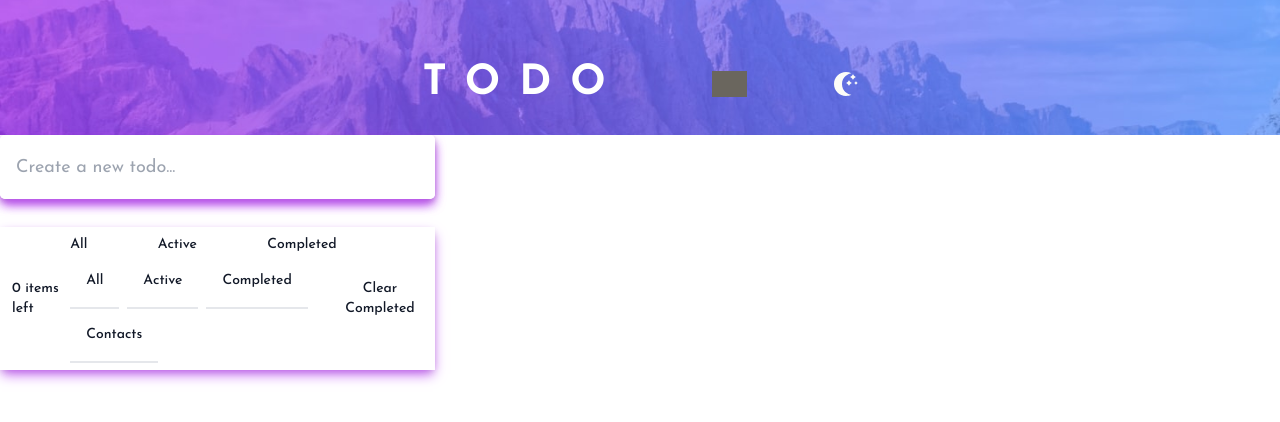
Repository: ikram-lisa/todo-list
Page: /
These files come from the project's save history. The page is drawn as it stood at one moment and after the next save; the edit follows.
The browser window is 1280 px wide. The pictures show the whole page.
Pictures or frames that could not be fetched are drawn as grey boxes. The project was rebuilt for these pictures with package versions that can differ from the ones it lists, and the page was loaded fresh each time. Also part of the build but not shown: vite.config.js.

Above is the page before, as saved 2024-05-15 09:12:11.

### src/main.jsx
import React from "react";
import ReactDOM from "react-dom/client";
import App from "./App.jsx";
import "./css/style.scss";
ReactDOM.createRoot(document.getElementById("root")).render(
  <React.StrictMode>
    <App />
  </React.StrictMode>
);

### src/App.jsx
import Defaultlayout from "./layout/defaultlayout";
import Todolist from "./pages/Todolist";
const App = () => {
  return (
    <>
      <Defaultlayout>
        <Todolist />
      </Defaultlayout>
    </>
  );
};
export default App;

### src/css/style.scss
@use "./base/fonts";
@use "./base/variable" as *;
@use "./base/mixins" as *;
@tailwind base;
@tailwind components;
@tailwind utilities;

body {
  font-size: 18px;
  font-family: "Josefin Sans", sans-serif;
  font-weight: 400;
}

.container-todo {
  width: 100%;
  height: 100vh;
}
.bg-light-theme {
  background-image: url("../assets/images/bg-desktop-light.jpg");
  background-position: center;
  background-size: cover;
  overflow-x: hidden;
  width: 100%;
}

.bg-dark-theme {
  background-image: url("../assets/images/bg-desktop-dark.jpg");
  background-position: center;
  background-size: cover;
  overflow-x: hidden;

  width: 100%;
}
.theme-content {
  width: 34%;
  margin: 53px auto;
  margin-bottom: 20px !important;
  h1 {
    font-weight: 700;
    color: white;
    font-size: 2.6rem;
    letter-spacing: 19px;
  }
  img {
    width: 100%;
    max-width: 35px;
    height: auto;
    display: block;
    cursor: pointer;
    filter: invert(104%) sepia(29%) brightness(99%);
  }
}
.form {
  width: 34%;
  margin: 0 auto;
}
.search {
  box-shadow: hsl(280, 87%, 65%) 0px 6px 12px -2px,
    rgba(0, 0, 0, 0.3) 0px 3px 7px -3px;
}
.input-search {
  outline: none;
}

/* Custom classes for specific page layouts */
.custom-checkbox input[type="checkbox"] {
  @include customCheckbox;
}

.custom-checkbox .checkbox-custom {
  @include checkboxCustom;
}

.custom-checkbox input[type="checkbox"]:checked + .checkbox-custom {
  @include checkedCheckboxCustom;
}

.custom-checkbox input[type="checkbox"]:checked + .checkbox-custom:after {
  @include checkedCheckboxCustomAfter;
}

.checklist-item {
  margin-bottom: 0.5rem;
  padding: 0.5rem;
  border-radius: 5px;
}
.checklist-label-title {
  background-color: red;
}

.checklist-label {
  margin-left: 0.5rem;
}
.result {
  box-shadow: hsl(280, 87%, 65%) 0px 6px 12px -2px,
    rgba(0, 0, 0, 0.3) 0px 3px 7px -3px;
}
.checked {
  text-decoration: line-through;
  opacity: 0.6;
  text-decoration-color: #323233;
  color: $DarkGrayishBlue;
}

### src/layout/defaultlayout.jsx
const defaultlayout = ({ children }) => {
  return (
    <>
      <section>{children}</section>
    </>
  );
};
export default defaultlayout;

### src/pages/Todolist.jsx
import { useState } from "react";
import Light from "../assets/images/light.svg";
import Dark from "../assets/images/dark.svg";
import Form from "../components/Form";
const Todolist = () => {
  const [theme, setTheme] = useState("light");
  const handleToggle = () => {
    setTheme(theme === "light" ? "dark" : "light");
  };
  return (
    <>
      <section
        className={`container-todo relative h-[100vh] ${
          theme === "light" ? "bg-white" : "bg-VeryDarkBlueish"
        }`}
      >
        <div
          className={`theme  ${
            theme === "light" ? "bg-light-theme" : "bg-dark-theme"
          } `}
        >
          <div className="theme-content flex justify-between items-center">
            <h1>TODO</h1>
            <img src="../assets/images/moon.svg" alt="" />
            <button onClick={handleToggle}>
              {theme === "light" ? (
                <img src={Dark} alt="dark mode" />
              ) : (
                <img src={Light} alt="light mode" />
              )}
            </button>
          </div>
        </div>
        <div className="form absolute">
          <Form theme={theme} />
        </div>
      </section>
    </>
  );
};
export default Todolist;

### src/css/base/_fonts.scss
@import url("https://fonts.googleapis.com/css2?family=Josefin+Sans:ital,wght@0,100..700;1,100..700&family=Kumbh+Sans:wght@100..900&family=Montserrat:ital,wght@0,100..900;1,100..900&family=Open+Sans:ital,wght@0,400;0,600;0,700;0,800;1,400;1,700;1,800&family=Poppins:ital,wght@0,200;0,300;0,400;0,500;0,600;0,700;0,800;0,900;1,100;1,200;1,300;1,400;1,500;1,600;1,700;1,800;1,900&display=swap");

### src/css/base/_variable.scss
// ### Light Theme

$VeryLightGray: hsl(0, 0%, 98%);
$VeryLightGrayishBlue: hsl(236, 33%, 92%);
$LightGrayishBlue: hsl(233, 11%, 84%);
$DarkGrayishBlue: hsl(236, 9%, 61%);
$VeryDarkGrayishBlue: hsl(235, 19%, 35%);

// ### Dark Theme

$VeryDarkBlue: hsl(235, 21%, 11%);
$VeryDarkBlueish: hsl(235, 24%, 19%);
$LightGrayishBlue: hsl(234, 39%, 85%);
$LightGrayishBlue: hsl(236, 33%, 92%);
$DarkGrayishBlue: hsl(234, 11%, 52%);
$VeryDarkGrayishBlue: hsl(233, 14%, 35%);
$VeryDarkGrayishBlue: hsl(237, 14%, 26%);

### src/css/base/_mixins.scss
@mixin customCheckbox {
  display: none;
}

@mixin checkboxCustom {
  width: 23px;
  height: 23px;
  border: 2px solid #ccc;
  display: inline-block;
  margin-right: 10px;
  vertical-align: middle;
  cursor: pointer;
  border-radius: 50%;
  top: 4px;
}

@mixin checkedCheckboxCustom {
  background-image: linear-gradient(
    to right,
    hsl(192, 100%, 67%),
    hsl(280, 87%, 65%)
  );
  display: flex;
  justify-content: center;
  align-items: center;
  border: none;
}

@mixin checkedCheckboxCustomAfter {
  content: "";

  width: 5px;
  height: 8px;
  border: solid white;
  border-width: 0 3px 3px 0;
  transform: rotate(45deg);
}

### src/components/Form.jsx
import { useState } from "react";
import Tab from "./TabBar";

/* eslint-disable react/prop-types */
const Form = ({ theme }) => {
  const [todos, setTodos] = useState([]);
  const [inputValue, setInputValue] = useState("");
  const [filter, setFilter] = useState("all");
  const handleChange = (e) => {
    setInputValue(e.target.value);
  };
  const handleSubmit = (e) => {
    e.preventDefault();
    if (inputValue.trim() === "") return;
    const newTodo = {
      id: todos.length + 1,
      text: inputValue,
      isCompleted: false,
    };
    setTodos([...todos, newTodo]);
    setInputValue("");
  };
  const handleToggleCompleted = (id) => {
    const updatedTodos = todos.map((todo) => {
      if (todo.id === id) {
        return { ...todo, isCompleted: !todo.isCompleted };
      }
      return todo;
    });
    setTodos(updatedTodos);
  };
  const handleDelete = (id) => {
    const updatedTodos = todos.filter((todo) => todo.id !== id);
    setTodos(updatedTodos);
    console.log("deleted");
  };
  const handleDeleteAll = () => {
    setTodos([]);
  };
  const completedCount = todos.filter((todo) => todo.isCompleted).length;
  const getFilteredTodos = () => {
    switch (filter) {
      case "active":
        return todos.filter((todo) => !todo.isCompleted);
      case "completed":
        return todos.filter((todo) => todo.isCompleted);
      default:
        return todos;
    }
  };

  const filteredTodos = getFilteredTodos();
  return (
    <>
      <section className="search rounded-[5px] relative w-full h-16 flex items-center">
        <form
          onSubmit={handleSubmit}
          className="search rounded-[5px] relative w-full h-16 flex items-center"
        >
          <input
            type="text"
            value={inputValue}
            onChange={handleChange}
            className={`input-search block w-full p-4 text-lg text-gray-900 ${
              theme === "dark"
                ? "bg-VeryDarkBlueish text-white"
                : "bg-white text-gray-900"
            } rounded-[5px] w-full h-16 flex items-center`}
            placeholder="Create a new todo..."
          />
        </form>
      </section>
      <section className="result mt-7">
        <ul
          className={`w-full text-sm font-medium ${
            theme === "dark"
              ? "bg-VeryDarkBlueish text-white border-gray-600"
              : "bg-white text-gray-900 border-gray-200"
          } rounded-[5px]`}
        >
          {filteredTodos.map((todo) => (
            <li
              key={todo.id}
              className={`w-full border-b border-gray-500 rounded-t-lg dark:border-gray-600 ${
                todo.isCompleted ? "checked" : ""
              }`}
            >
              <div className="flex items-center justify-between ps-3">
                <label className="custom-checkbox flex items-center gap-3 w-full py-5 ms-2 text-sm font-medium">
                  <input
                    type="checkbox"
                    checked={todo.isCompleted}
                    onChange={() => handleToggleCompleted(todo.id)}
                    className="mr-5 mt-2"
                  />
                  <div className="checkbox-custom"></div>
                  {todo.text}{" "}
                </label>
                <button
                  type="button"
                  onClick={() => handleDelete(todo.id)}
                  className="ms-auto -ml-1.5 mr-[0.625rem] text-[transparent] font-bold hover:text-gray-500  p-1.5
       inline-flex items-center justify-center h-7 w-7 "
                >
                  <span className="sr-only">Close</span>
                  <svg
                    className="w-5 h-5"
                    aria-hidden="true"
                    xmlns="http://www.w3.org/2000/svg"
                    fill="none"
                    viewBox="0 0 14 14"
                  >
                    <path
                      stroke="currentColor"
                      strokeLinecap="round"
                      strokeLinejoin="round"
                      strokeWidth="2"
                      d="m1 1 6 6m0 0 6 6M7 7l6-6M7 7l-6 6"
                    />
                  </svg>
                </button>
              </div>
            </li>
          ))}

          <li className="w-full">
            <div className="flex items-center justify-between py-2 px-3">
              <span>{completedCount} items left</span>
              <div className="tab">
                <Tab setFilter={setFilter} currentFilter={filter} />
              </div>
              <button onClick={handleDeleteAll}>Clear Completed</button>
            </div>
          </li>
        </ul>
      </section>
    </>
  );
};
export default Form;

### src/components/TabBar.jsx
const Tab = () => {
  return (
    <>
      <ul className="tab flex justify-between items-center">
        <li>All</li>
        <li>Active</li>
        <li>Completed</li>
      </ul>
      <ul
        className="flex flex-wrap -mb-px text-sm font-medium text-center"
        id="default-styled-tab"
        data-tabs-toggle="#default-styled-tab-content"
        data-tabs-active-classes="text-purple-600 hover:text-purple-600 dark:text-purple-500 dark:hover:text-purple-500 border-purple-600 dark:border-purple-500"
        data-tabs-inactive-classes="dark:border-transparent text-gray-500 hover:text-gray-600 dark:text-gray-400 border-gray-100 hover:border-gray-300 dark:border-gray-700 dark:hover:text-gray-300"
        role="tablist"
      >
        <li className="me-2" role="presentation">
          <button
            className="inline-block p-4 border-b-2 rounded-t-lg"
            id="profile-styled-tab"
            data-tabs-target="#styled-profile"
            type="button"
            role="tab"
            aria-controls="profile"
            aria-selected="false"
          >
            All
          </button>
        </li>
        <li className="me-2" role="presentation">
          <button
            className="inline-block p-4 border-b-2 rounded-t-lg hover:text-gray-600 hover:border-gray-300 dark:hover:text-gray-300"
            id="dashboard-styled-tab"
            data-tabs-target="#styled-dashboard"
            type="button"
            role="tab"
            aria-controls="dashboard"
            aria-selected="false"
          >
            Active
          </button>
        </li>
        <li className="me-2" role="presentation">
          <button
            className="inline-block p-4 border-b-2 rounded-t-lg hover:text-gray-600 hover:border-gray-300 dark:hover:text-gray-300"
            id="settings-styled-tab"
            data-tabs-target="#styled-settings"
            type="button"
            role="tab"
            aria-controls="settings"
            aria-selected="false"
          >
            Completed
          </button>
        </li>
        <li role="presentation">
          <button
            className="inline-block p-4 border-b-2 rounded-t-lg hover:text-gray-600 hover:border-gray-300 dark:hover:text-gray-300"
            id="contacts-styled-tab"
            data-tabs-target="#styled-contacts"
            type="button"
            role="tab"
            aria-controls="contacts"
            aria-selected="false"
          >
            Contacts
          </button>
        </li>
      </ul>
    </>
  );
};
export default Tab;

Loaded but not shown: index.html (common file); tailwind.config.js (1082 lines, source omitted)

After the next save:
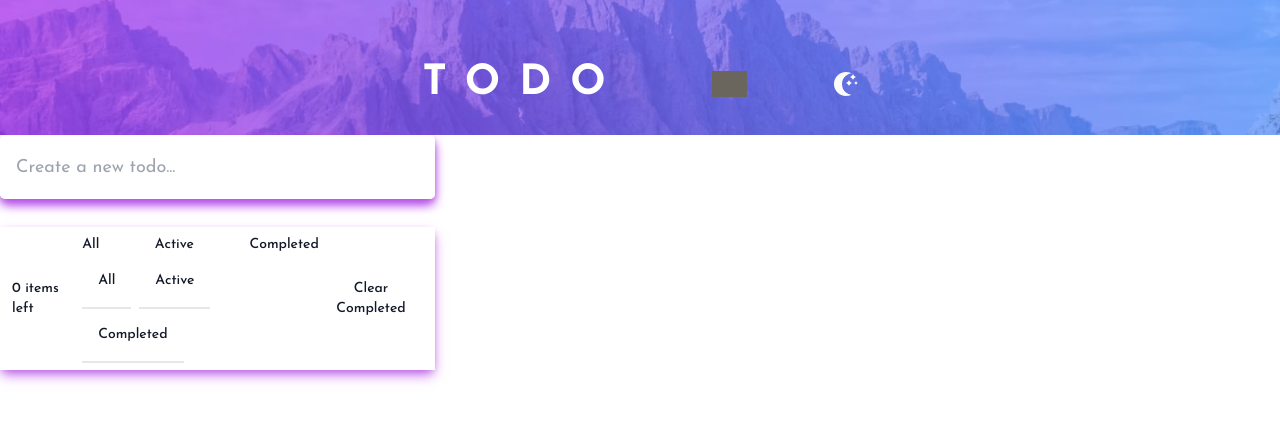
Saved 17 s later.
--- a/src/components/TabBar.jsx
+++ b/src/components/TabBar.jsx
@@ -53,19 +53,6 @@ const Tab = () => {
             Completed
           </button>
         </li>
-        <li role="presentation">
-          <button
-            className="inline-block p-4 border-b-2 rounded-t-lg hover:text-gray-600 hover:border-gray-300 dark:hover:text-gray-300"
-            id="contacts-styled-tab"
-            data-tabs-target="#styled-contacts"
-            type="button"
-            role="tab"
-            aria-controls="contacts"
-            aria-selected="false"
-          >
-            Contacts
-          </button>
-        </li>
       </ul>
     </>
   );
